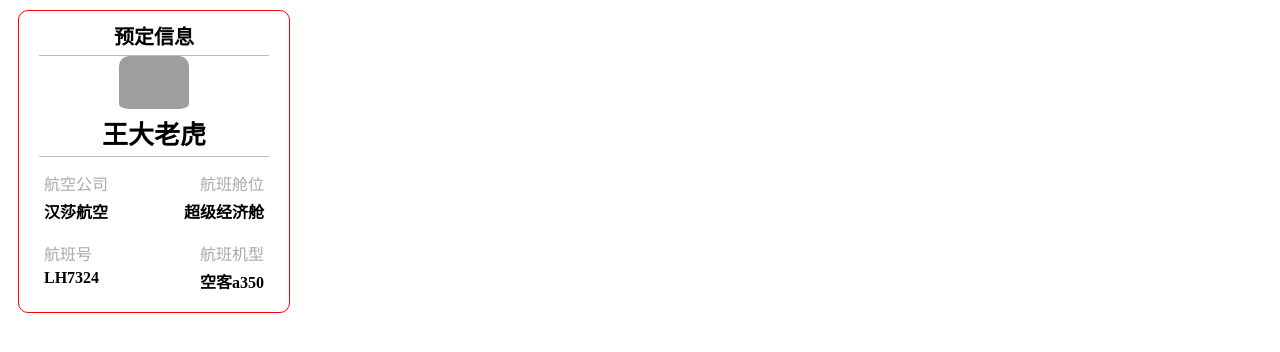
Repository: xzm1997/react-learning
Page: /
An editor plug-in stored every save of this project. The page is shown before and after the next save, followed by the edit.
The browser window is 1280 px wide. The pictures show the whole page.
Pictures or frames that could not be fetched are drawn as grey boxes. The project was rebuilt for these pictures with package versions that can differ from the ones it lists, and the page was loaded fresh each time.

Above is the page before, as saved 2023-01-31 11:06:13.

### src/index.js
import React from 'react';
import ReactDOM from 'react-dom/client';
import './index.css';

export function UserInfo(props) {
  return (
    <div className='userInfo'>
      <img
        src='https://img1.baidu.com/it/u=2017107515,121176475&fm=253&fmt=auto&app=138&f=JPEG?w=500&h=500'
        alt='ava'
        className='ava'
      ></img>
      <div className='userName'>{props.userName}</div>
    </div>
  )
}

export function InfoShow(props) {
  return (
    <div className='infoShow'>
      <div className='bookTitle'>{props.title}</div>
      <div className='bookContent'>{props.content}</div>
    </div>
  )
}

export function BookInfo(props) {
  return (
    <div className='contentDisplay'>
      <div className='totalTitle'>预定信息</div>
      <UserInfo userName={props.userName} />
      <div className='infoDisplay'>
        <div className='infoItem leftSide'>
          <InfoShow title='航空公司' content={props.ticketInfo.airline}/>
          <InfoShow title='航班号' content={props.ticketInfo.flightNum}/>
        </div>
        <div className='infoItem rightSide'>
          <InfoShow title='航班舱位' content={props.ticketInfo.level}/>
          <InfoShow title='航班机型' content={props.ticketInfo.plane}/>
        </div>
      </div>
    </div>
    )
}

export function Root() {
  const userName = '王大老虎';
  const ticketInfo = {
    airline : '汉莎航空',
    flightNum : 'LH7324',
    level : '超级经济舱',
    plane : '空客a350'
  }
  return (
    <div>
      <BookInfo
        userName={userName}
        ticketInfo={ticketInfo}
      />
    </div>
  )
}

// ========================================

const root = ReactDOM.createRoot(document.getElementById("root"));
root.render(<Root />);

### src/index.css
.contentDisplay {
  width: 250px;
  border: solid 1px red;
  border-radius: 10px;
  padding:10px;
  margin: 10px;
  display: flex;
  flex-direction: column;
  align-items: center;
}

.userInfo {
  display: flex;
  flex-direction: column;
  align-items: center;
  width: 230px;
  padding-bottom: 5px;
  border-bottom: solid 1px #bbb;
}

.ava {
  width: 70px;
  border-radius: 10px;
  padding-bottom: 5px;
}

.userName {
  font-weight: 700;
  font-size: 26px;
}

.bookTitle {
  color: #aaa;
}

.totalTitle {
  font-size: 20px;
  font-weight: 700;
  text-align: center;
  width: 230px;
  padding-bottom: 5px;
  border-bottom: solid 1px #bbb;
}

.bookContent {
  font-weight: 700;
}

.infoShow {
  padding: 7px 0;
}

.bookTitle {
  padding: 2px 0;
}

.bookContent {
  padding: 2px 0;
}

.infoDisplay {
  display: flex;
  padding-top: 5px;
}

.infoItem {
  width: 110px;
}

.rightSide {
  text-align: right;
}

Loaded but not shown: public/index.html (common file)

After the next save:
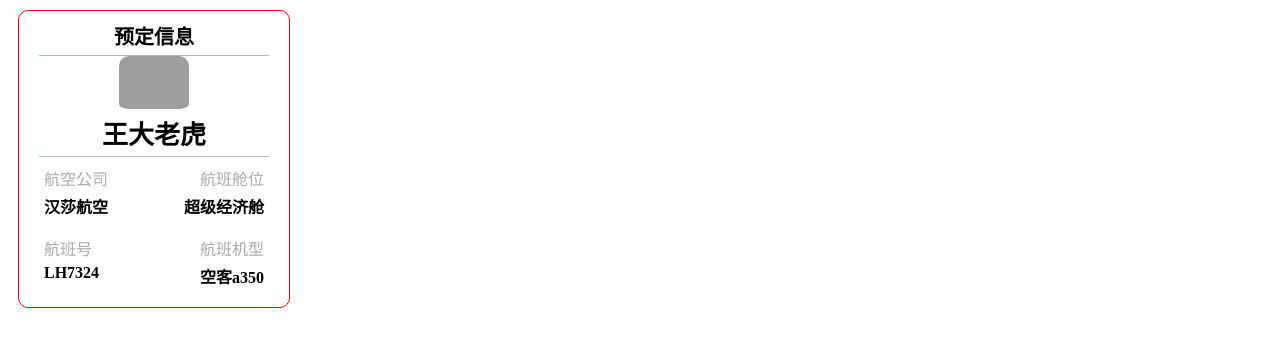
Saved 18 s later.
--- a/src/index.css
+++ b/src/index.css
@@ -60,7 +60,6 @@
 
 .infoDisplay {
   display: flex;
-  padding-top: 5px;
 }
 
 .infoItem {
